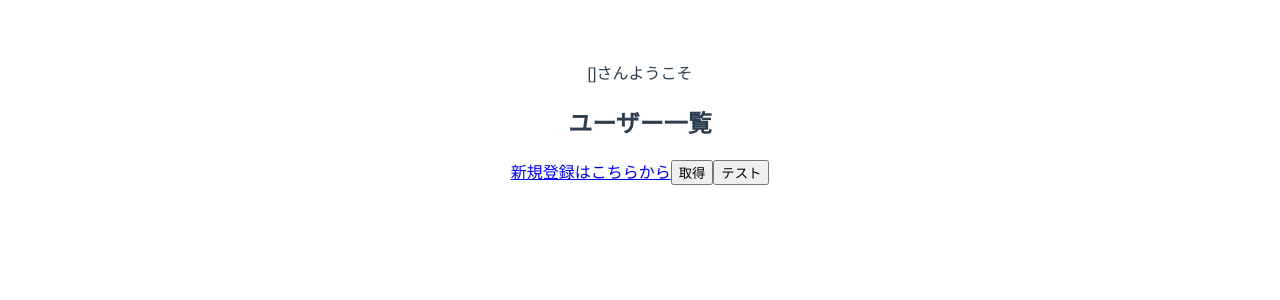
Repository: daisukey623/authentication
Page: /
These files come from the project's save history. The page is drawn as it stood at one moment and after a run of saves; the edit follows.
The browser window is 1280 px wide. The pictures show the whole page.
The project was rebuilt for these pictures with package versions that can differ from the ones it lists, and the page was loaded fresh each time. Also part of the build but not shown: src/views/Login.vue, src/views/Register.vue.

Above is the page before, as saved 2021-05-23 13:32:25.

### src/main.js
import Vue from 'vue';
import App from './App.vue';
import router from './router';
import firebase from 'firebase/app';
import 'firebase/firestore';


  // Your web app's Firebase configuration
  const firebaseConfig = {
    apiKey: "AIzaSyALEeG-uCX4SsTwYA51b2yka3Lb7Iv2w4Q",
    authDomain: "vuejs-http-de60c.firebaseapp.com",
    projectId: "vuejs-http-de60c",
    storageBucket: "vuejs-http-de60c.appspot.com",
    messagingSenderId: "897481049619",
    appId: "1:897481049619:web:c9e774a648e193e87c61e6"
  };
  // Initialize Firebase
  firebase.initializeApp(firebaseConfig);


new Vue({
  router,
  render: h => h(App)
}).$mount('#app');

export const db = firebase.firestore()
export const auth = firebase.auth()

### src/App.vue
<template>
  <div id="app">
    <header>
    <router-view></router-view>
    </header>
  </div>
</template>

<style scoped>
.header-item {
  padding: 10px;
}

</style>

<style>
#app {
  font-family: 'Avenir', Helvetica, Arial, sans-serif;
  -webkit-font-smoothing: antialiased;
  -moz-osx-font-smoothing: grayscale;
  text-align: center;
  color: #2c3e50;
  margin-top: 60px;
}
</style>

### src/router/index.js
import Vue from 'vue'
import VueRouter from 'vue-router'
import Dashboard from '../views/Dashboard.vue';
import Login from '../views/Login.vue';
import Register from '../views/Register.vue';


Vue.use(VueRouter)

const routes = [
  {
    path: '/',
    component: Dashboard
  },
  {
    path: '/login',
    component: Login
  },
  {
    path: '/register',
    component: Register
  },
]

const router = new VueRouter({
  mode: 'history',
  base: process.env.BASE_URL,
  routes
})

export default router

### src/views/Dashboard.vue
<template>
  <div>
    <div>{{ userName }}さんようこそ</div>
    <h2>ユーザー一覧</h2>
    <router-link to="/register">新規登録はこちらから</router-link>
    <button @click="getUser()">取得</button>
    <button @click="dotest()">テスト</button>
  </div>
</template>

<script>
// import firebase from 'firebase'
// import { auth } from '../main'
import { db } from '../main'; // ここを追加
export default {
  data() {
    return {
      userName: [],
      coin: {},
      test: 1000,
    };
  },
  methods: {
    getUser: function() {
      const user = db.collection('users').doc('JLVLHoWvo7Pe5xTdcjgnwSwhRMS2');
      user
        .get()
        .then(function(doc) {
          if (doc.exists) {
            console.log('Document data:', doc.data());
            console.log(doc.data().name);
            this.userName.push(doc.data());
          } else {
            console.log('No such document!');
          }
        })
        .catch(function(error) {
          console.log('Error getting document:', error);
        });
    },
    dotest() {
      console.log(this.test);
      // console.log(this.userName);
    },
  },
};
</script>

Loaded but not shown: public/index.html (common file)

After the next 2 saves:
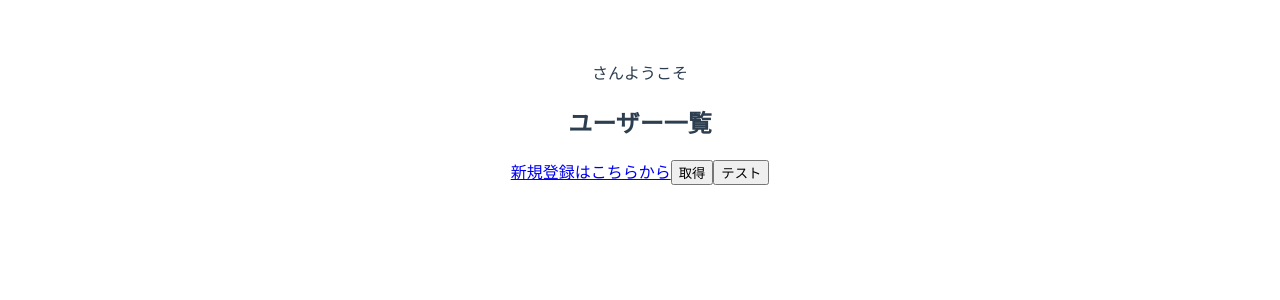
The 2 saves are shown as one change because they came seconds apart.
The last was saved 12 min 44 s later.
--- a/src/views/Dashboard.vue
+++ b/src/views/Dashboard.vue
@@ -15,7 +15,7 @@ import { db } from '../main'; // ここを追加
 export default {
   data() {
     return {
-      userName: [],
+      userName: '',
       coin: {},
       test: 1000,
     };
